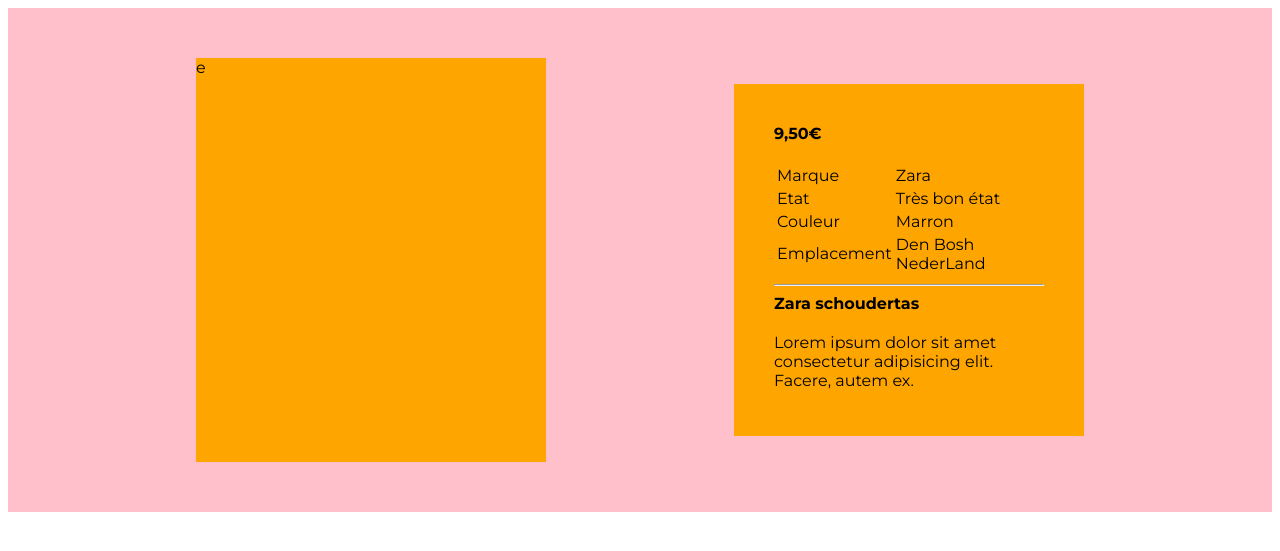
Repository: mel-in-a/vinted-front-clone
Page: html/offer.html
These files come from the project's save history. The page is drawn as it stood at one moment and after a run of saves; the edit follows.
The browser window is 1280 px wide. The pictures show the whole page.

Above is the page before, as saved 2021-07-29 16:43:45.

### html/offer.html
<!DOCTYPE html>
<html lang="en">
  <head>
    <meta charset="UTF-8" />
    <meta http-equiv="X-UA-Compatible" content="IE=edge" />
    <meta name="viewport" content="width=device-width, initial-scale=1.0" />
    <link rel="preconnect" href="https://fonts.googleapis.com" />
    <link rel="preconnect" href="https://fonts.gstatic.com" crossorigin />
    <link
      href="https://fonts.googleapis.com/css2?family=Montserrat:wght@100;200;300;400;500;600;700;800;900&display=swap"
      rel="stylesheet"
    />
    <link rel="stylesheet" href="/offer.css" />
    <title>Document</title>
  </head>
  <body>
    <div class="offer">
      <div class="left">e</div>
      <div class="right">
        <div class="price">9,50€</div>

          <table>
            <tr>
              <td>Marque</td>
              <td>Zara</td>
            </tr>
            <tr>
              <td>Etat</td>
              <td>Très bon état</td>
            </tr>
            <tr>
              <td>Couleur</td>
              <td>Marron</td>
            </tr>
            <tr>
              <td>Emplacement</td>
              <td>Den Bosh NederLand</td>
            </tr>
          </table>

        <hr />
        <div class="editor">Zara schoudertas</div>
        <div class="description">Lorem ipsum dolor sit amet consectetur adipisicing elit. Facere, autem ex.</div>

      </div>
    </div>
  </body>
</html>

### html/offer.css
* {
  font-family: "Montserrat", sans-serif;
}
.offer {
  width: 100%;
  display: flex;
  background-color: pink;
  height: 70vh;
  justify-content: space-evenly;
  align-items: center;
  flex-shrink: 0;
}

.offer .left,
.offer .right {
  width: 350px;
  background-color: orange;

}
.offer .left {
    height: 80%;
}
.offer .right {
    height: 70%;
  padding: 40px;
  box-sizing: border-box;
}

.offer .horizontal {
  margin-top: 20px;
  background-color: green;
}

.offer .horizontal table {
  width: 100%;

}

.offer

.offer hr {
  margin: 40px 0;
}

.offer .editor {
    font-weight: 700;
    margin-bottom: 20px
}

.offer .price {
    font-weight: 700;
    margin-bottom: 20px;
}

After the next 9 saves:
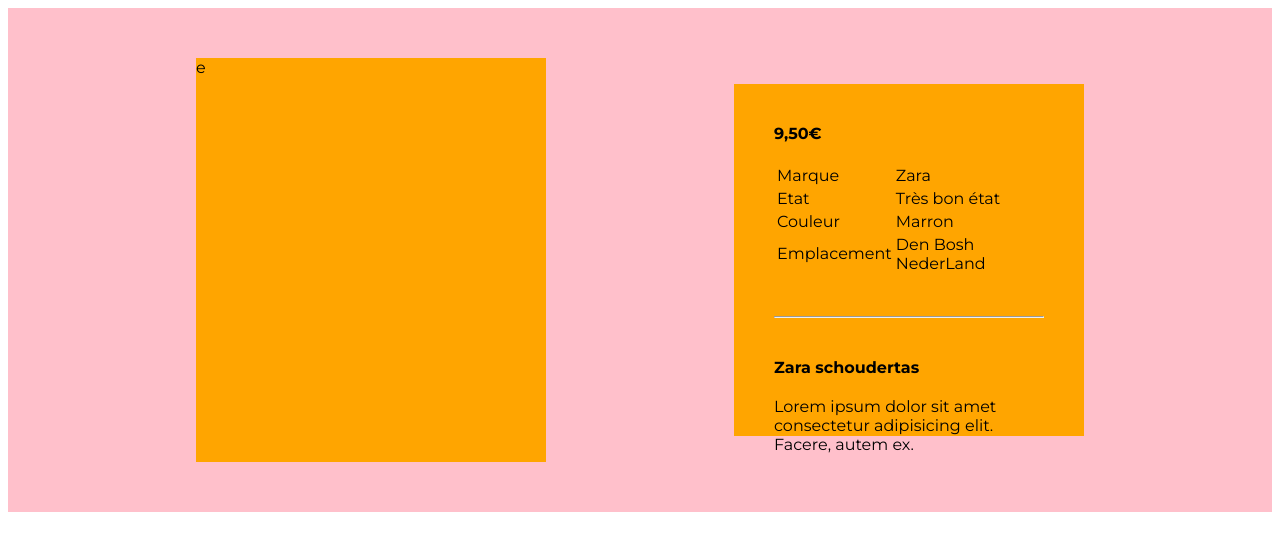
The 9 saves are shown as one change because they came seconds apart.
The last was saved 22 s later.
--- a/html/offer.css
+++ b/html/offer.css
@@ -36,8 +36,9 @@
 
 }
 
-.offer
-
+.offer .table td {
+padding: 5px;
+}
 .offer hr {
   margin: 40px 0;
 }
